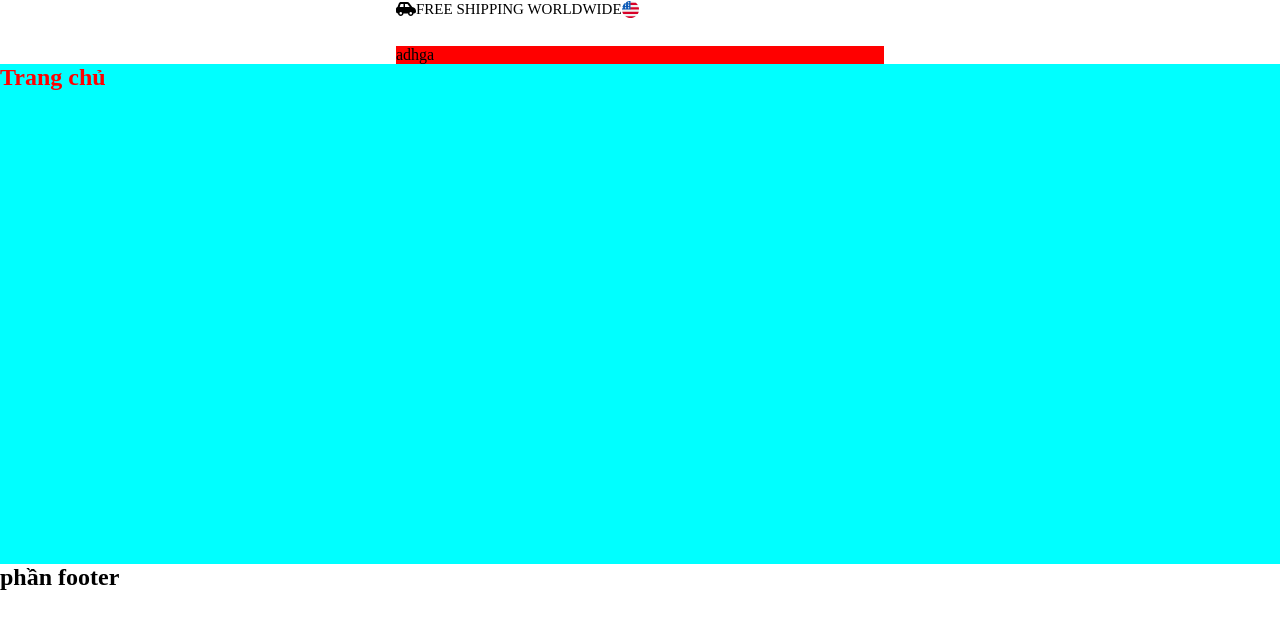
Repository: tatvanhco/shopper
Page: /
These files come from the project's save history. The page is drawn as it stood at one moment and after the next save; the edit follows.
The browser window is 1280 px wide. The pictures show the whole page.
The project was rebuilt for these pictures with package versions that can differ from the ones it lists, and the page was loaded fresh each time.

Above is the page before, as saved 2022-09-23 20:37:31.

After the next save:
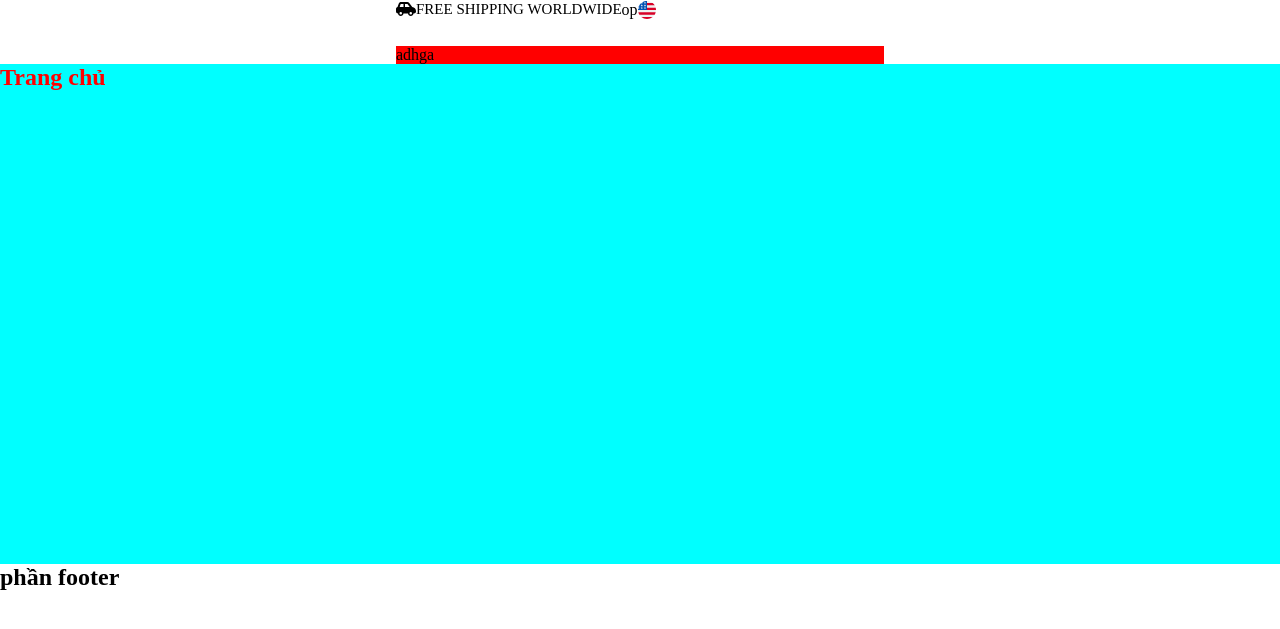
Saved 6 s later.
--- a/src/components/header/header.tsx
+++ b/src/components/header/header.tsx
@@ -18,7 +18,7 @@ function header() {
                                 </li>
                                 <li className={clsx('headerContactRightItem', 'd-flex')}>
                                     <section>
-
+                                        op
                                     </section>
                                     <img
                                         src="data:[embedded picture, 137 characters]
